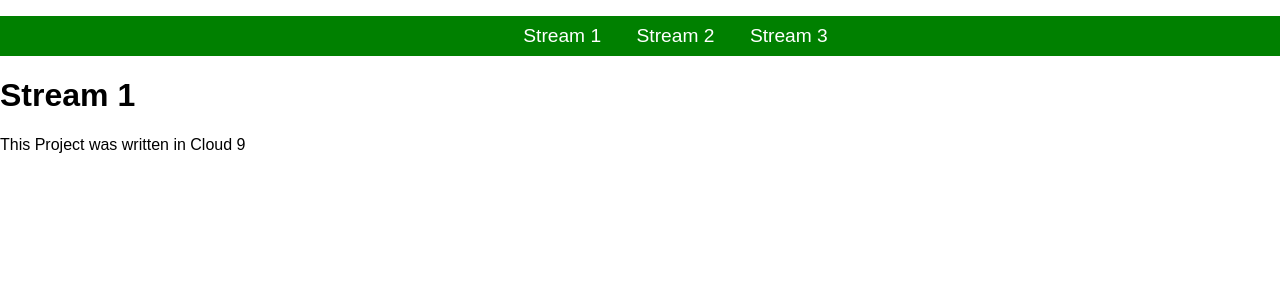
Repository: Scuzeme/My-First-Website
Page: index.html
The author's editor kept a record of every edit. The page is drawn from the files as they stood at one moment, then again after the next edit.
The browser window is 1280 px wide. The pictures show the whole page.

Above is the page before.

After the next edit:
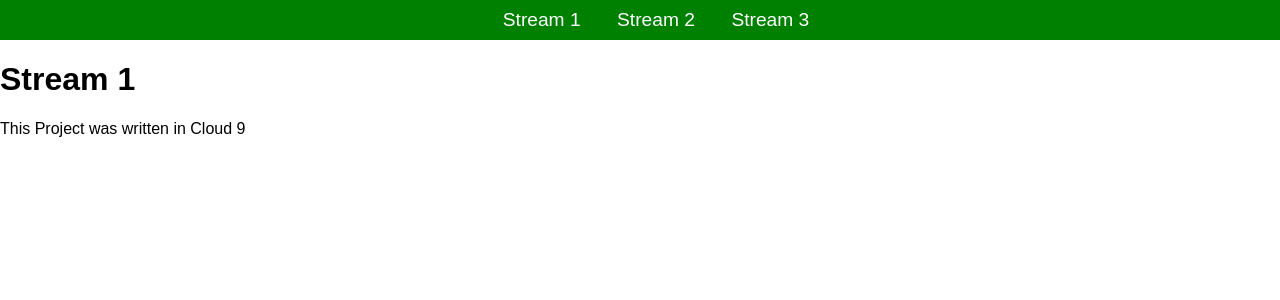
The edit:
--- a/css/style.css
+++ b/css/style.css
@@ -8,7 +8,7 @@
     list-style: none;
     background-color: green;
     text-align:center;
-    margin: 0'
+    margin: 0;
     padding:0;
 }
 
